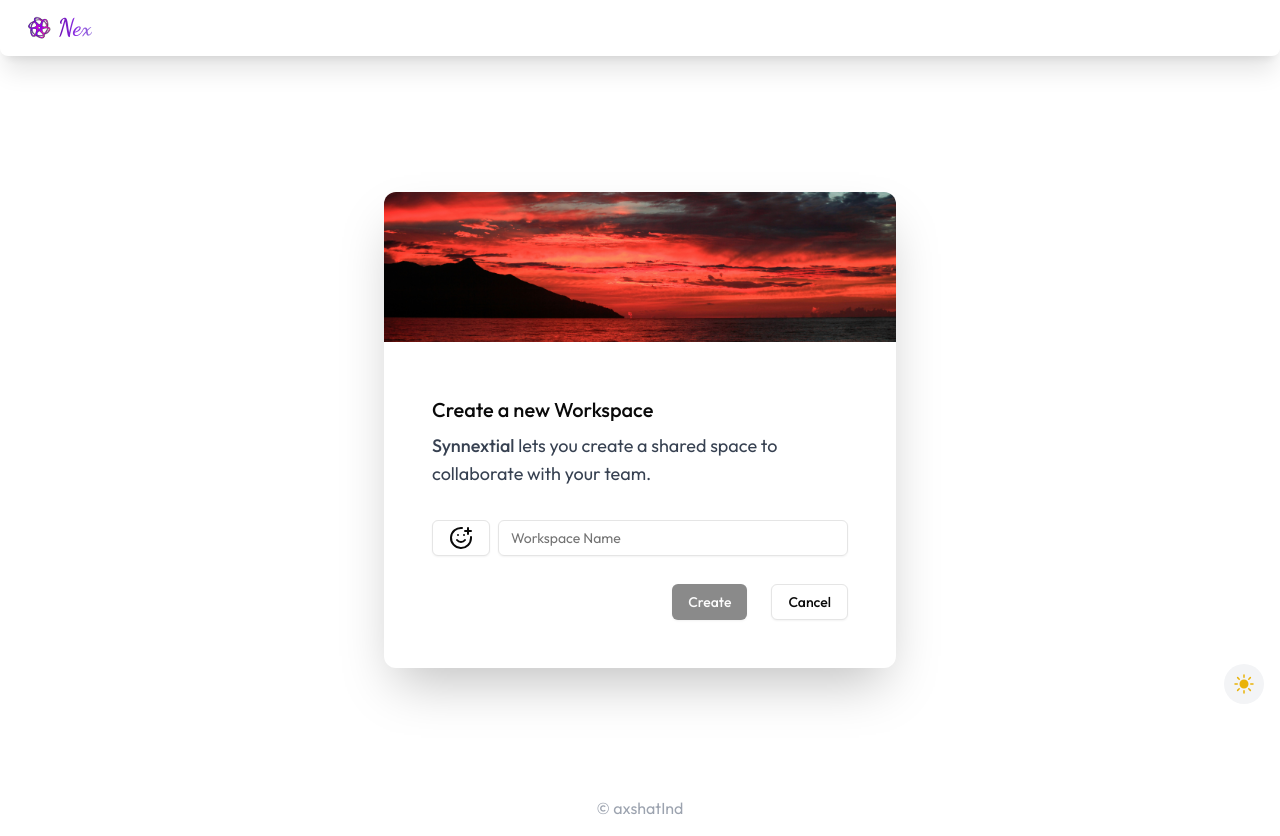
Repository: axshatInd/synnexTial
Page: /createworkspace
An editor plug-in stored every save of this project. The page is shown before and after the next save, followed by the edit.
The browser window is 1280 px wide. The pictures show the whole page.
The page's requests for data from a server got no answer. The project was rebuilt for these pictures with package versions that can differ from the ones it lists, and the page was loaded fresh each time. Some packages were replaced by stand-ins written for this rebuild. The framework's server and built-in components were replaced by stand-ins that run in the browser. No one was signed in, and anything a server would have sent is missing. Also part of the build but not shown: next.config.mjs.

Above is the page before, as saved 2024-08-28 15:41:17.

After the next save:
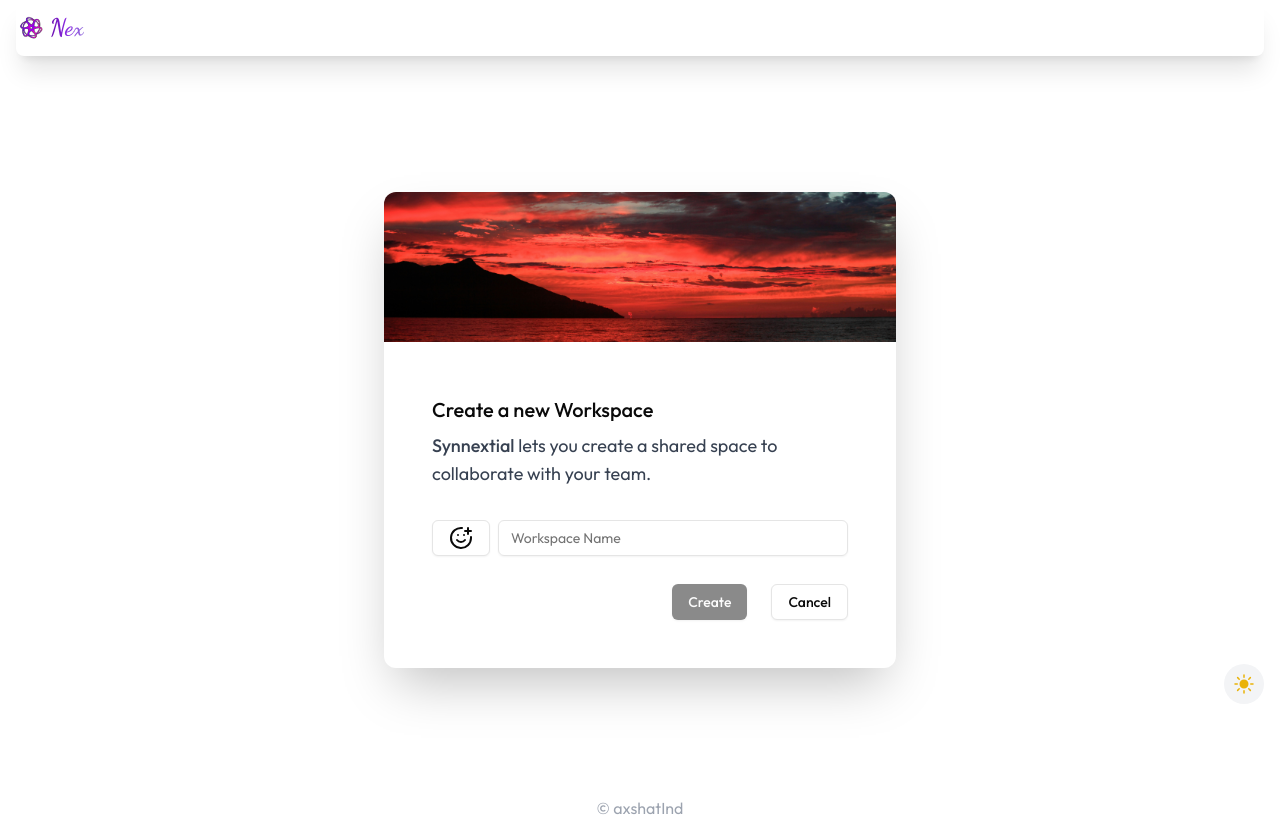
Saved 50 s later.
--- a/app/(routes)/dashboard/_components/Header.jsx
+++ b/app/(routes)/dashboard/_components/Header.jsx
@@ -3,7 +3,6 @@
 import { gsap } from "gsap";
 import Logo from "@/app/_components/Logo";
 import { OrganizationSwitcher, useAuth, UserButton } from "@clerk/nextjs";
-// import ThemeSwitcher from "@/app/_components/ThemeSwitcher"; // Removed
 import useTheme from "@/app/_components/useTheme"; // Import useTheme here
 
 function Header() {
@@ -20,14 +19,23 @@
   return (
     <header
       ref={headerRef} // Reference for animation
-      className="fixed top-0 left-0 right-0 z-50 flex justify-between items-center px-4 py-2 md:px-6 md:py-3 shadow-xl rounded-b-lg max-w-8xl mx-auto bg-white"
+      className={`fixed top-0 left-0 right-0 z-50 flex justify-between items-center py-2 md:py-3 shadow-xl rounded-b-lg bg-white`}
+      style={{
+        marginLeft: "auto",
+        marginRight: "auto",
+        maxWidth: "calc(100% - 32px)",
+      }} // Adjust this value for your desired spacing
     >
-      <Logo />
-      <OrganizationSwitcher
-        afterCreateOrganizationUrl={"/dashboard"}
-        afterLeaveOrganizationUrl={"/dashboard"}
-      />
-      <UserButton />
+      <div className="flex-grow flex items-center justify-between">
+        <Logo />
+        <div className="flex items-center space-x-4">
+          <OrganizationSwitcher
+            afterCreateOrganizationUrl={"/dashboard"}
+            afterLeaveOrganizationUrl={"/dashboard"}
+          />
+          <UserButton />
+        </div>
+      </div>
     </header>
   );
 }
